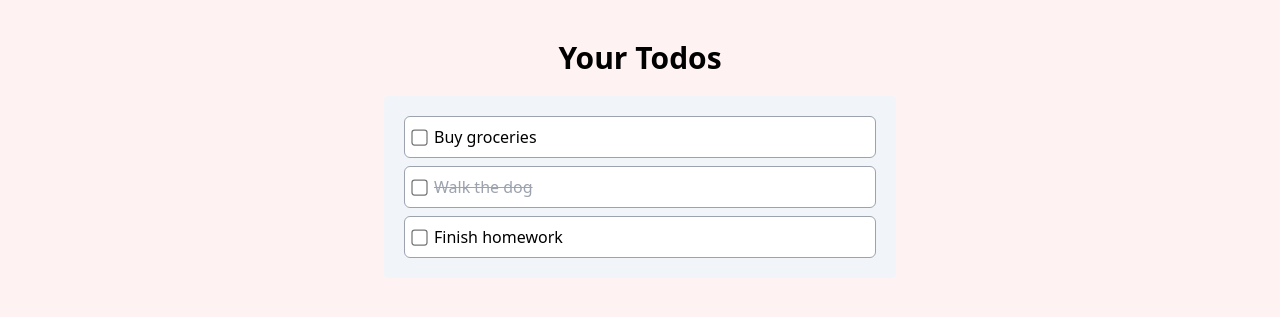
Repository: kocokoy/lodo-list-react-ts-tailwind
Page: /
These files come from the project's save history. The page is drawn as it stood at one moment and after the next save; the edit follows.
The browser window is 1280 px wide. The pictures show the whole page.
The project was rebuilt for these pictures with package versions that can differ from the ones it lists, and the page was loaded fresh each time. Also part of the build but not shown: vite.config.ts.

Above is the page before, as saved 2025-07-29 15:18:42.

After the next save:
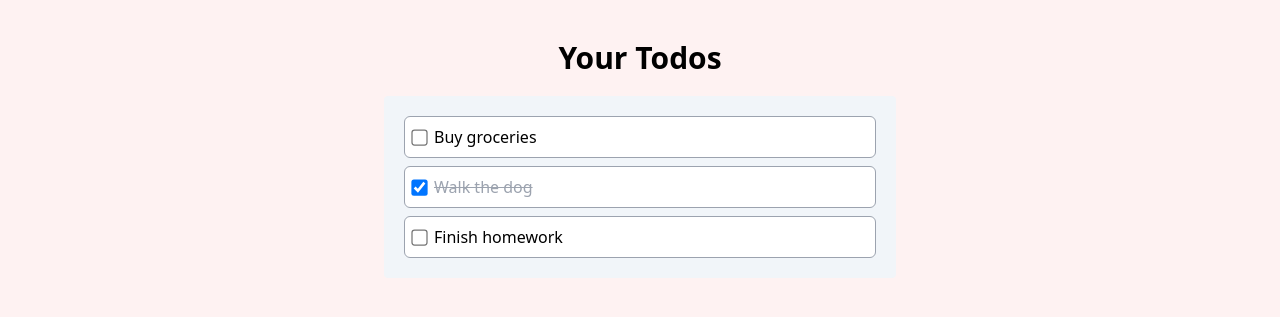
Saved 21 min 29 s later.
--- a/src/components/TodoItem.tsx
+++ b/src/components/TodoItem.tsx
@@ -2,14 +2,16 @@ import type { Todo } from "../types/todo";
 
 interface TodoItemProps {
   todo: Todo;
+  onCompletedChange: (id: number, completed: boolean) => void;
 }
 
-export default function TodoItem({todo}: TodoItemProps){
+export default function TodoItem({todo, onCompletedChange}: TodoItemProps){
   return(
     <div>
       <label className="flex items-center gap-2 border rounded-md p-2 border-gray-400 bg-white hover:bg-slate-50">
         <input
         type="checkbox"
+        checked={todo.completed}
         className="scale-125"
         />
         <span className={todo.completed ? "line-through text-gray-400" : ""}>
